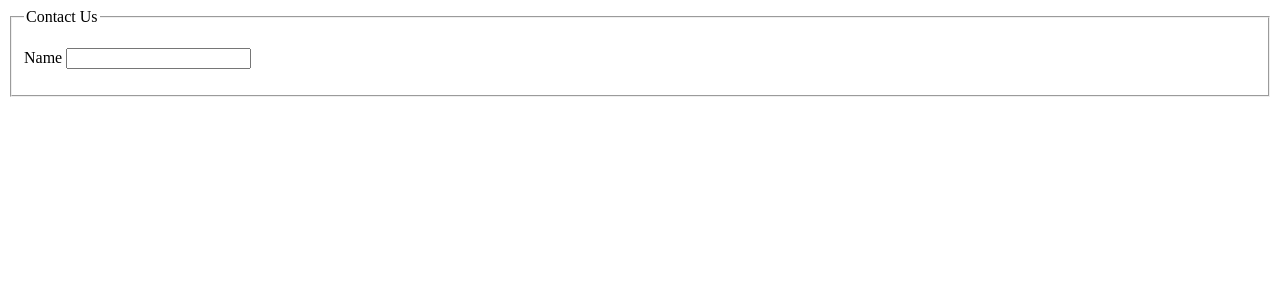
Repository: samuraijane/dc-builders
Page: week6/1-tuesday/homework/exercise2/index.html
These files come from the project's save history. The page is drawn as it stood at one moment and after a run of saves; the edit follows.
The browser window is 1280 px wide. The pictures show the whole page.

Above is the page before, as saved 2020-08-13 17:24:23.

### week6/1-tuesday/homework/exercise2/index.html
<!doctype html>

<html lang="en">
  <head>
    <meta charset="utf-8">
    <title>Week6 – Tuesday Homework Exercise 2</title>
    <meta name="description" content="Week6 – Tuesday Homework Exercise 2">
    <meta name="author" content="<yourNameGoesHere>">
    <link rel="stylesheet" href="style.css">
  </head>

  <body>
    <fieldset>
      <legend>Contact Us</legend>
      <p>
        <label for="name"> Name </label>
        <input type="text" id="name" name="name" required
                minlength="4" maxlength="10" size
      </p>



    </fieldset>
    <script src="script.js"></script>
  </body>
</html>

Loaded but not shown: week6/1-tuesday/homework/exercise2/style.css (no copy from this time; the picture is the same without it); week6/1-tuesday/homework/exercise2/script.js (empty)

After the next 3 saves:
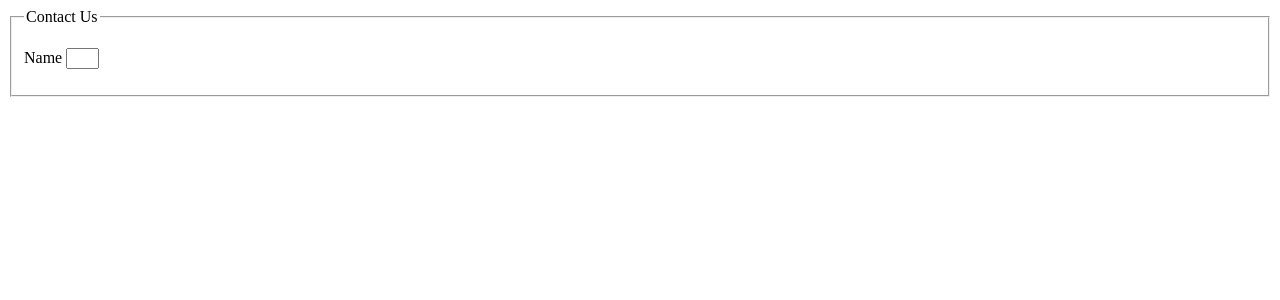
The 3 saves are shown as one change because they came seconds apart.
The last was saved 7 s later.
--- a/week6/1-tuesday/homework/exercise2/index.html
+++ b/week6/1-tuesday/homework/exercise2/index.html
@@ -15,7 +15,7 @@
       <p>
         <label for="name"> Name </label>
         <input type="text" id="name" name="name" required
-                minlength="4" maxlength="10" size
+                minlength="4" maxlength="10" size="1"
       </p>
 
 
